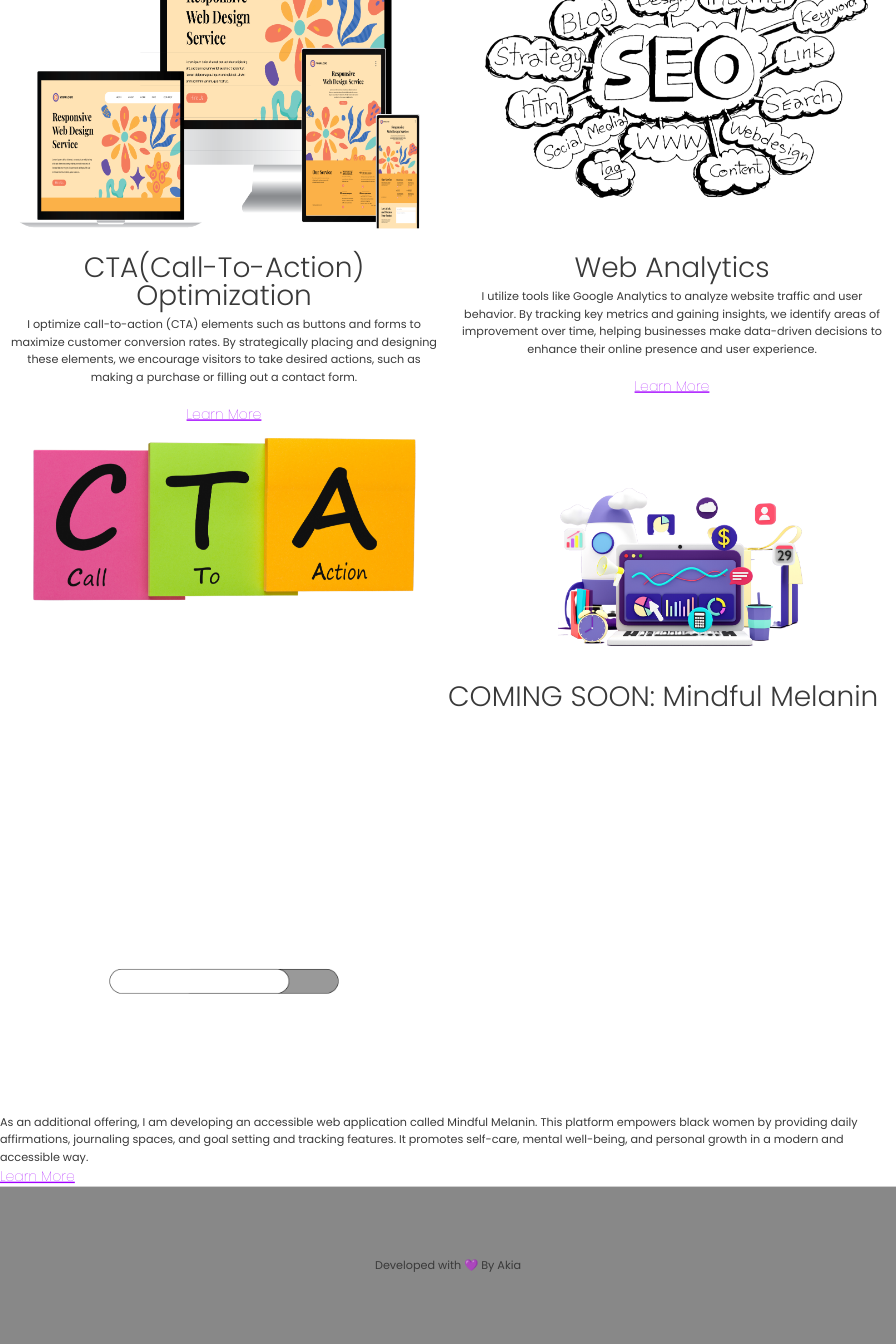
Repository: akiachenise/akiachenise.github.io
Page: index.html
An editor plug-in stored every save of this project. The page is shown before and after the next save, followed by the edit.
The browser window is 1280 px wide. The pictures show the part of the page from y = 963 to 2883 px (the page is 2883 px tall), at 70% of full size.

Above is the page before, as saved 2023-06-08 19:43:41.

### index.html
<!DOCTYPE html>
<html lang = "en">
<head>
     <meta charset="utf-8" />
     <title>Developed By Akia</title>
     <link rel="stylesheet" href="css/styles.css" />
     <meta name="viewport" content="width=device-width, initial-scale=1">

</head>
<body>
    <header>
        <div class="switch">
            <div class="flicker"></div>
            <div class="moon"></div>
        </div>
    </header>

    <section class="main">
        <div class="main-text">
            <h1>Hi I'm Akia</h1>
            <p>I'm a Full Stack Software Developer, and Accessibility Advocate</p>
            <br/>
            <p>I am passionate about Mindful Web Development and creating user-centric experiences</p>
            <br/>
            <a href="#footer">contact me ></a>
        </div>

        </section>
    <section class="sub-section">
        <div class="square" id="web-design">
            <h2>Web Design and Development</h2>
            <p>I specialize in creating accessible mobile-first designs that engage users and drive results. Working closely with clients, we understand their needs and goals, delivering unique online experiences that align with their brand identity and business objectives</p>
            </br>
            <a href="">Learn More</a>
        </div>
        <div class="square" id="search-engine">
            <h2>Search Engine Optimization(SEO)</h2>
            <p>I help businesses improve their online presence and boost customer conversion rates through effective Search Engine Optimization. This includes comprehensive keyword research, technical SEO, and local SEO strategies to enhance visibility and attract organic traffic.</p>
            </br>
            <a href="">Learn More</a>
        </div>
        <div class="square" id="call-to-action">
            <h2>CTA(Call-To-Action) Optimization</h2>
            <p>I optimize call-to-action (CTA) elements such as buttons and forms to maximize customer conversion rates. By strategically placing and designing these elements, we encourage visitors to take desired actions, such as making a purchase or filling out a contact form.</p>
            </br>
            <a href="">Learn More</a>
        </div>
        <div class="square" id="web-analytics">
            <h2>Web Analytics</h2>
            <p>I utilize tools like Google Analytics to analyze website traffic and user behavior. By tracking key metrics and gaining insights, we identify areas of improvement over time, helping businesses make data-driven decisions to enhance their online presence and user experience.</p>
            </br>
            <a href="">Learn More</a>
        </div>
        <div class="square" id="coming-soon"></div>
            <h2>COMING SOON: Mindful Melanin</h2>
            <p>As an additional offering, I am developing an accessible web application called Mindful Melanin. This platform empowers black women by providing daily affirmations, journaling spaces, and goal setting and tracking features. It promotes self-care, mental well-being, and personal growth in a modern and accessible way.</p>
            </br>
            <a href="">Learn More</a>
        </div>
    </section>

        <footer id ="footer">
            <p> Developed with 💜 By Akia</p> <span></span>


            <script src="scripts.js></script>
        </body>
    </html>

### css/styles.css
@import url('https://fonts.googleapis.com/css2?family=Poppins:ital,wght@0,100;0,200;0,300;0,400;0,500;0,600;0,700;0,800;0,900;1,100;1,200;1,400;1,500;1,600;1,700;1,800;1,900&display=swap');

body {
    transition: 0.3s;
    margin: 0;
    padding:0;
    background-color: 241, 239, 239);
    font-family: 'Poppins', sans-serif;
    color: rgb(57, 57, 57);
}
h1 {
    font-size: 70px;
    line-height:70px;
    font-weight: 300;
    margin: 10px 0;
}

h2 {
    font-size: 40px;
    line-height: 40px;
    font-weight: 300;
    margin: 10px 0;
}

p {
    margin: 0px;
    font-size 20px;
}

a {
    color:rgb(162, 0, 255);
    font-size: 20px;
    font-weight: 100;
}

.dark a {
    color: rgb(246, 169, 241);
}


header {
    display: flex;
    justify-content: flex-end;
    padding: 30px;
}

.switch {
  width: 80px;
  height: 40px;
  border-radius: 20px;
  background-color: rgb(39, 38, 38);
  position:relative:
}

.flicker {
  width: 30px;
  height: 30px;
  border-radius: 15px;
  background-color: rgb(255, 255, 255);
  position:absolute;
  top: 5px;
  left: 5px;
  transition: 0.3s;
  box-shadow:
    inset 4px 4px 4px rgb(255, 255, 255);
    inset -4px -4px -1px rgb(195 193 198 / 90%);
}

.dark {
    background-color: rgb(57, 57, 57);
    transition: 0.3s;
}

.moon {
    width: 20px;
    height: 20px;
    border-radius: 10px;
    box-shadow: 4px 4px 0 0 rgb(255, 255, 255);
    position: absolute;
    top: 5px;
    left: 45px;
}

.dark .flicker {
    transform: translateX(40px);
}

.dark > * {
    color: rgb(255, 255, 255);
}

.main{
    height: 80vh;
}
.main-text {
    width: 50%;
    padding: 30px;
}

.square{
    width: 98%%;
    margin: 1%
    height: 350px;
    background-color: rgb(255, 255, 255);
    text-align: center;
}

.dark .square {
    background-color: rgb(71, 71, 71);
}
#web-design {
    background-image: url("../images/web-design.png");
    background-size: cover;
}

#search-engine {
    background-image: url("../images/search-engine.png");
    background-size: cover;
}

#call-to-action {
    background-image: url("../images/call-to-action.png");
    background-size: cover;
}

#web-analytics {
    background-image: url("../images/web-analytics.png");
    background-size: cover;
}

#coming-soon {
    background-image: url("../images/coming-soon-light.png");
    background-size: cover;
}

.dark #coming-soon {
    background-image: url("../images/coming-soon-dark.png");
    background-size: cover;
}



.sub-section {
    display: flex;
    flex-wrap: wrap;
}

footer {
    display: flex;
    justify-content: center;
    padding: 100px 30px;
    background-color: rgb(136, 136, 136);
}

.dark footer {
    background-color: (28, 28, 28);
}


@media only screen and (min-width: 970px) {
    .square {
        width: 48%;
        margin: 1%;
        height: 600px;
    }

}
}

After the next save:
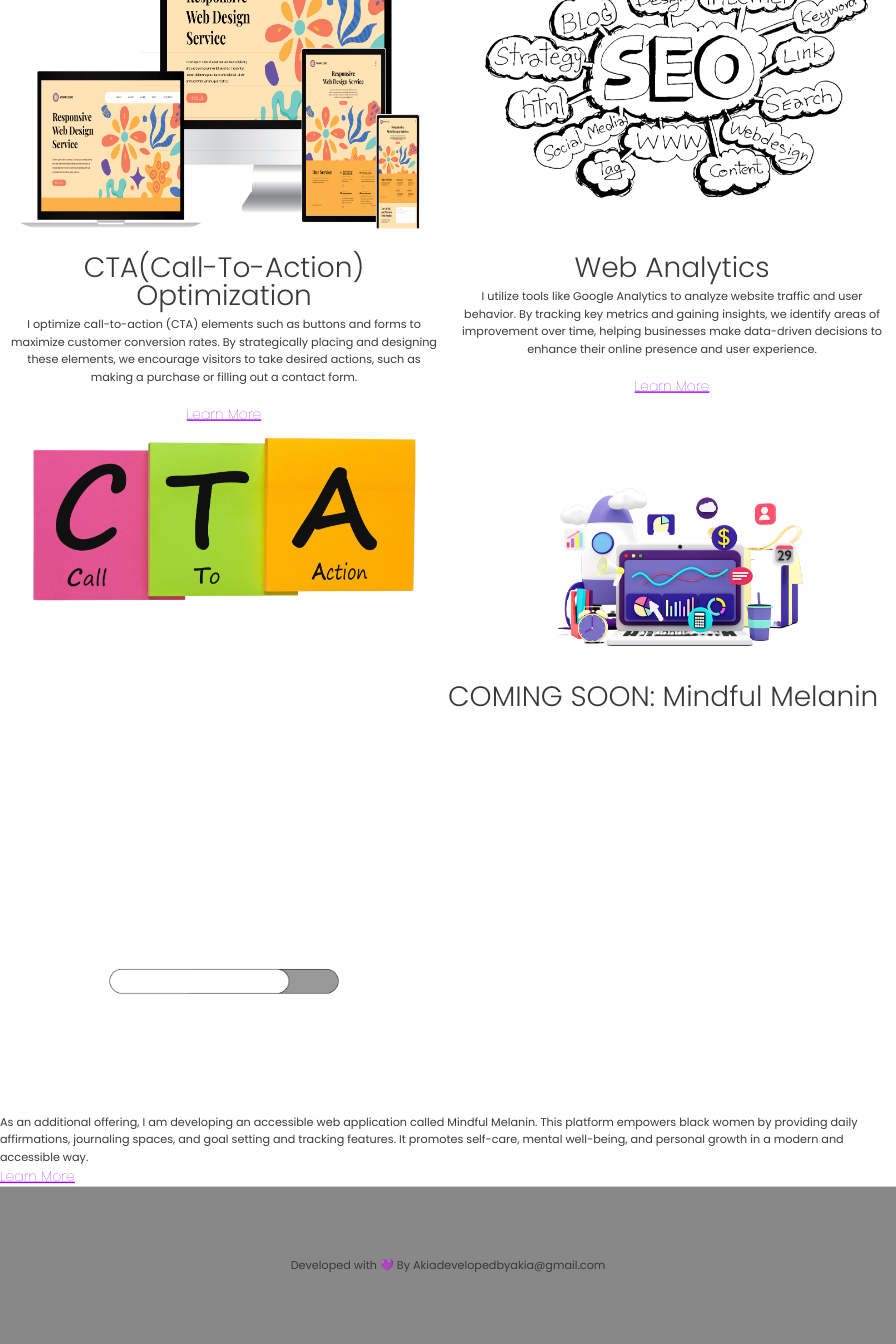
Saved 2 min 33 s later.
--- a/index.html
+++ b/index.html
@@ -60,7 +60,7 @@
     </section>
 
         <footer id ="footer">
-            <p> Developed with 💜 By Akia</p> <span></span>
+            <p> Developed with 💜 By Akia</p> <span><p>developedbyakia@gmail.com</p></span>
 
 
             <script src="scripts.js></script>
